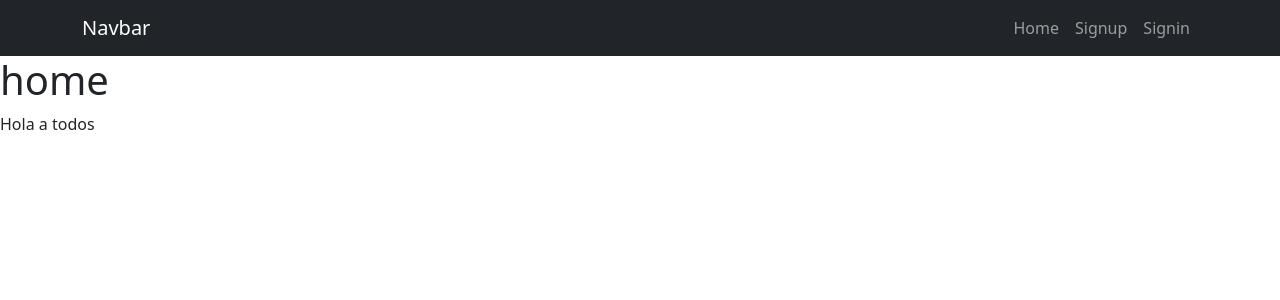
Repository: dbettancourt/django-auth-crud
Page: http://localhost/
The author's editor kept a copy of each file at every save. The page is drawn from the files as they stood at one save, then again after the next save.
The browser window is 1280 px wide. The pictures show the whole page.
The page is served by the project's application, run on Django 4.2 (manage.py).

Above is the page before, as saved 2023-06-06 10:20:16.

After the next save:
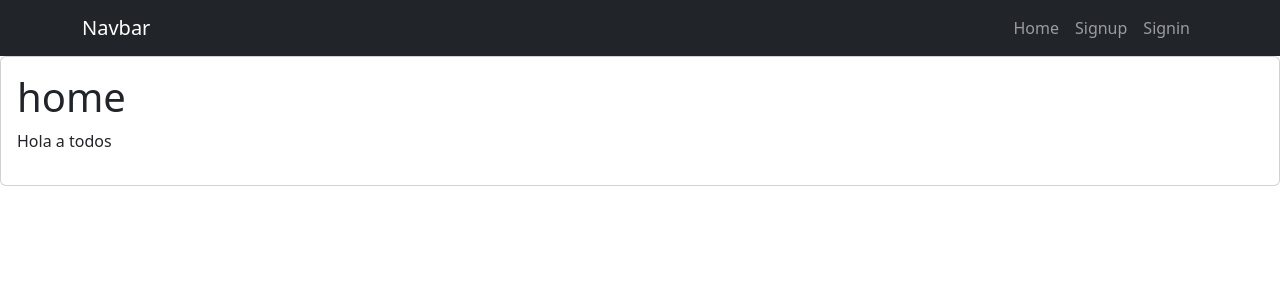
Saved 118 s later.
--- a/tasks/templates/home.html
+++ b/tasks/templates/home.html
@@ -1,6 +1,8 @@
 {% extends 'base.html' %}
 
 {% block content %}
-<h1>home</h1>
-<p>Hola a todos</p>
+<section class="card card-body">
+    <h1>home</h1>
+    <p>Hola a todos</p>
+</section>
 {% endblock %}
